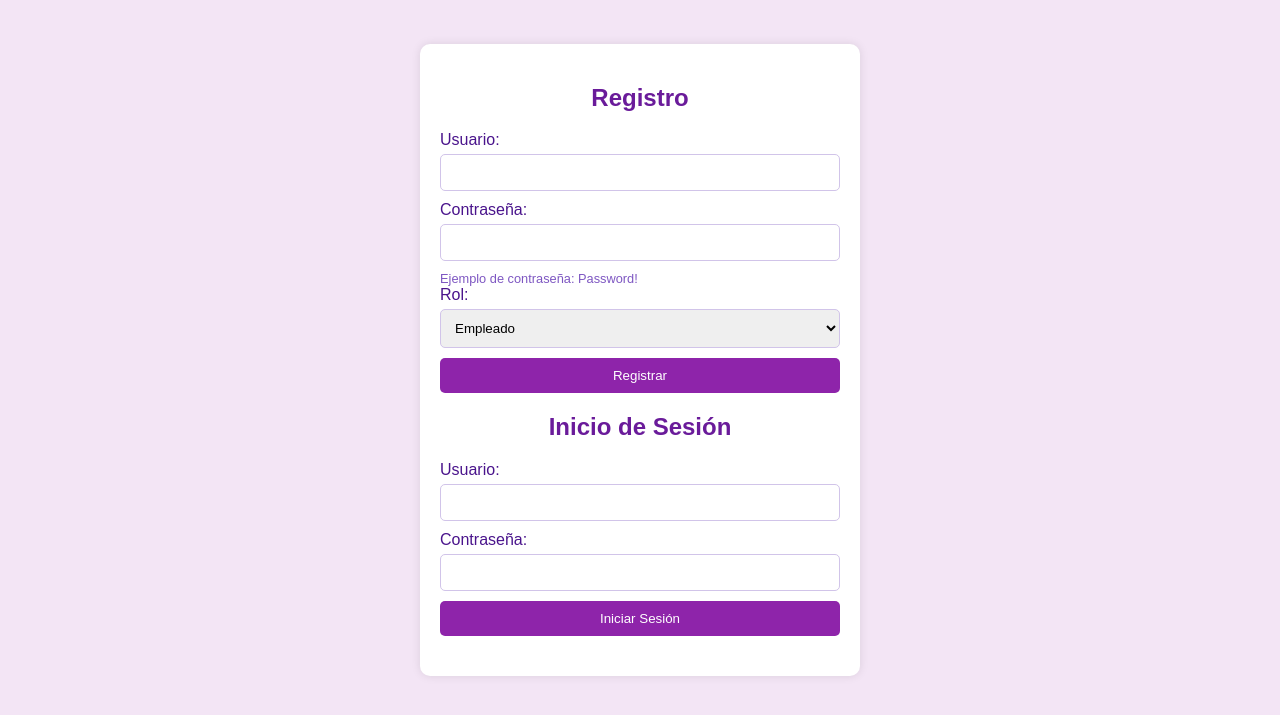
Repository: Connie75/API
Page: index.html
These files come from the project's save history. The page is drawn as it stood at one moment and after the next save; the edit follows.
The browser window is 1280 px wide. The pictures show the whole page.

Above is the page before, as saved 2024-07-31 11:50:55.
Not found: ValidatePassword.js

After the next save:
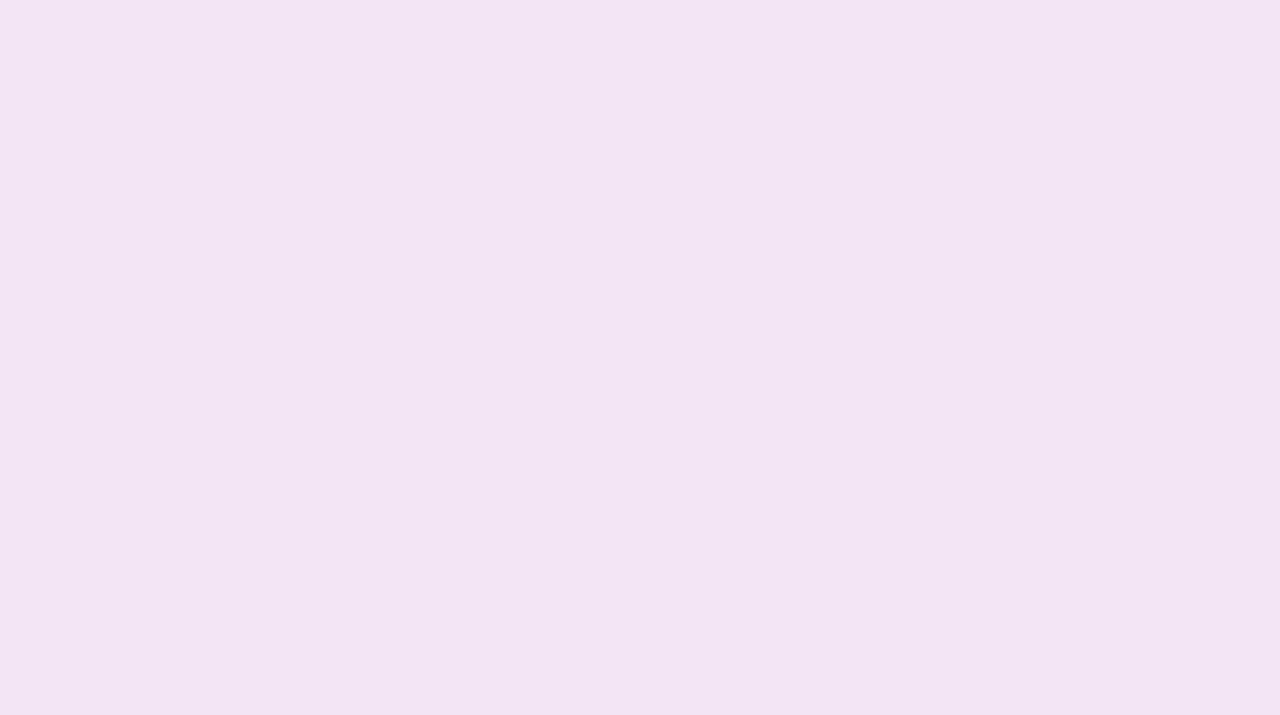
Saved 11 s later.
--- a/index.html
+++ b/index.html
@@ -4,7 +4,7 @@
     <meta charset="UTF-8">
     <meta name="viewport" content="width=device-width, initial-scale=1.0">
     <link rel="stylesheet" href="Styles.css">
-    <script src="ValidatePassword.js"></script>
+    <script src="ValidatePassword.js"</script>
     <title>Registro e Inicio de Sesión</title>
 </head>
 <body>

After the save that followed:
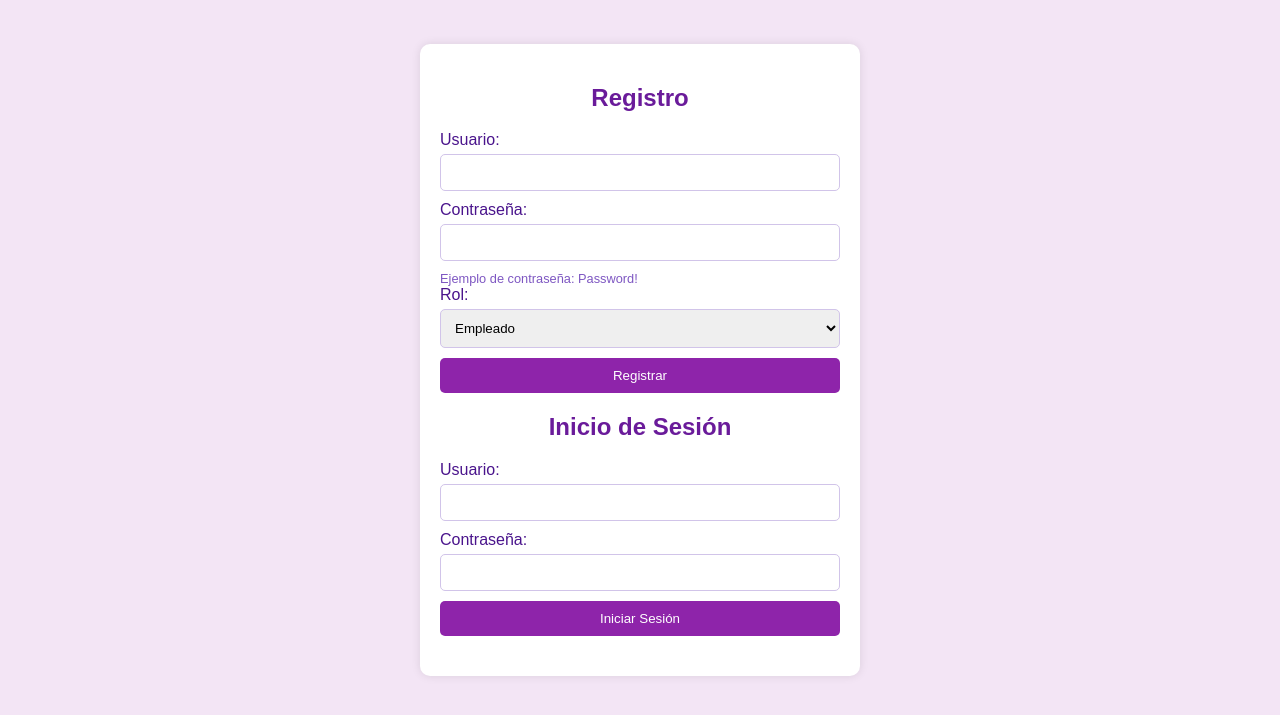
Saved 9 s later.
--- a/index.html
+++ b/index.html
@@ -4,7 +4,7 @@
     <meta charset="UTF-8">
     <meta name="viewport" content="width=device-width, initial-scale=1.0">
     <link rel="stylesheet" href="Styles.css">
-    <script src="ValidatePassword.js"</script>
+    <script src="ValidatePassword.js"></script>
     <title>Registro e Inicio de Sesión</title>
 </head>
 <body>
